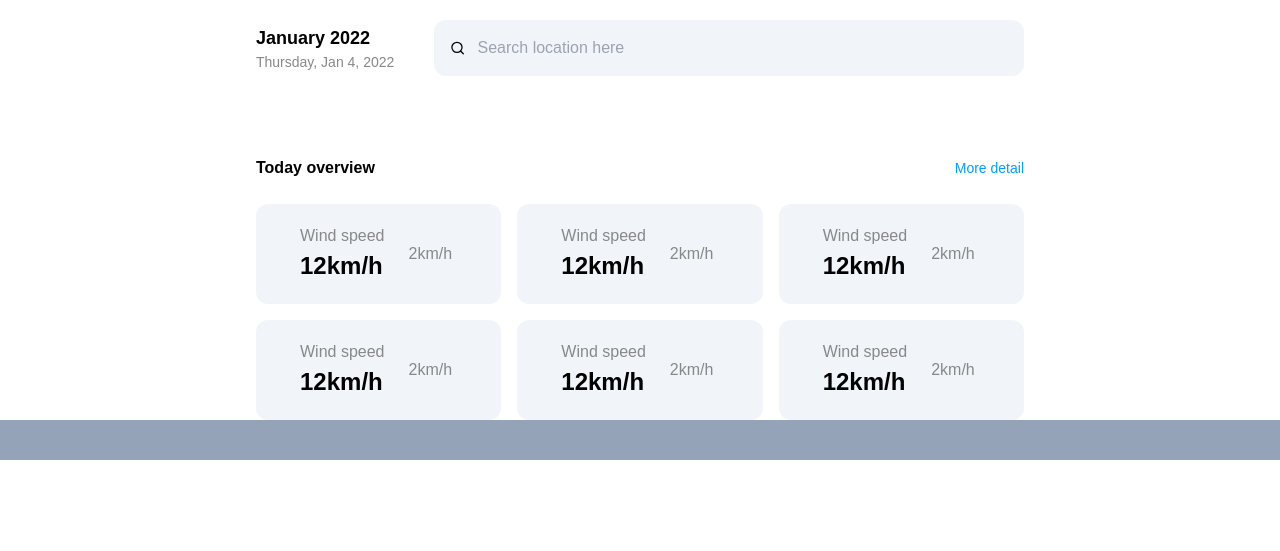
Repository: theweirdboiz/datawarehouse-ui
Page: /
These files come from the project's save history. The page is drawn as it stood at one moment and after the next save; the edit follows.
The browser window is 1280 px wide. The pictures show the whole page.
The project was rebuilt for these pictures with package versions that can differ from the ones it lists, and the page was loaded fresh each time. Also part of the build but not shown: vite.config.js.

Above is the page before, as saved 2022-11-23 16:35:29.

After the next save:
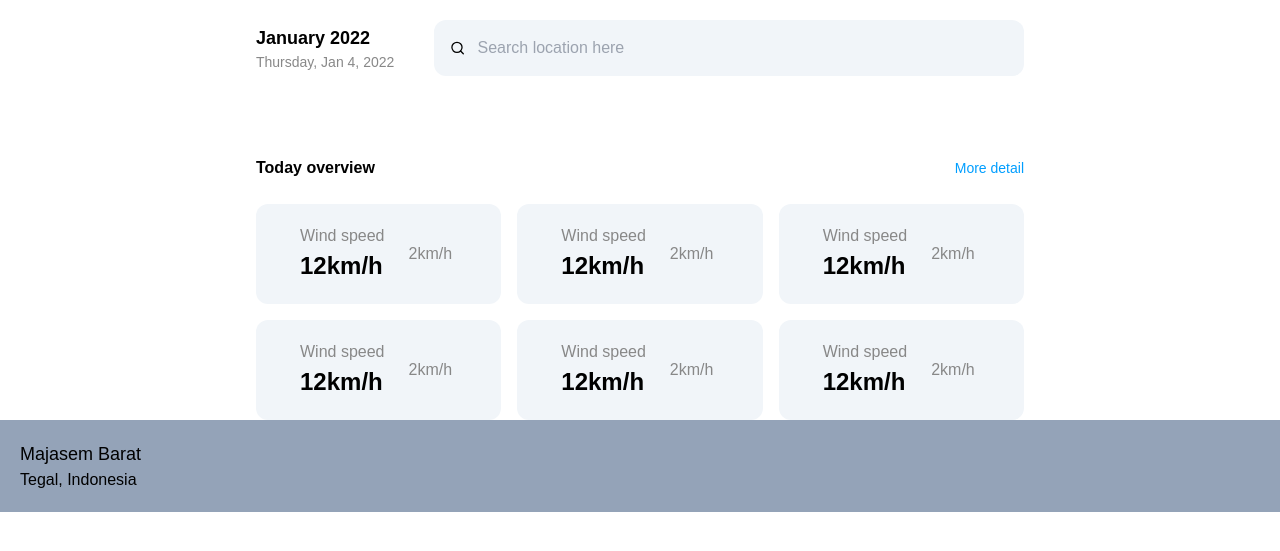
Saved 34 s later.
--- a/src/App.jsx
+++ b/src/App.jsx
@@ -93,8 +93,9 @@ function App() {
         <section className="content__right">
           <div className="bg-slate-400 p-5">
             <div className="">
-              <div className="">
-                <h3 className="text-lg"></h3>
+              <div className="flex flex-col">
+                <h3 className="text-lg">Majasem Barat</h3>
+                <span>Tegal, Indonesia</span>
               </div>
             </div>
           </div>
